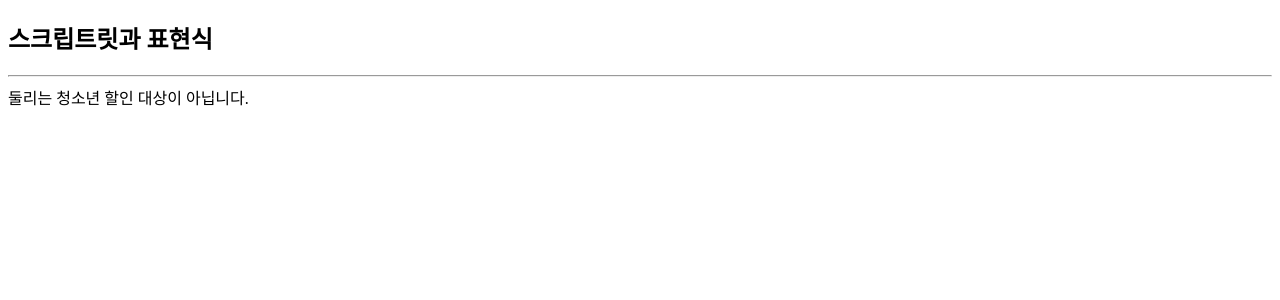
Repository: hyunh84/jsp_study
Page: http://localhost/Day02/j01_scriptlet.jsp
The author's editor kept a copy of each file at every save. The page is drawn from the files as they stood at one save, then again after a run of saves.
The browser window is 1280 px wide. The pictures show the whole page.
The page is served by Tomcat 9. Other server files are loaded and not shown.

Above is the page before, as saved 2015-09-06 00:43:28.

### MyWorks/Day02/WebContent/j01_scriptlet.jsp
<%@ page language="java" contentType="text/html; charset=EUC-KR"
    pageEncoding="EUC-KR"%>
<!DOCTYPE html>
<html>
<head>
<meta charset="EUC-KR">
<title>Insert title here</title>
</head>
<body>

	<h2>스크립트릿과 표현식</h2>
	<hr>

	<% //스크립트릿 영역
		String name = "둘리";
		int age = 20;

		if(age > 19) {
	%>

		<%= name %>는 청소년 할인 대상이 아닙니다.<br />

	<% //스크립트릿 영역
		}else{
	%>

		<%= name %>는 청소년 할인 대상입니다.

	<% //스크립트릿 영역
		}
	%>



</body>
</html>

After the next 4 saves:
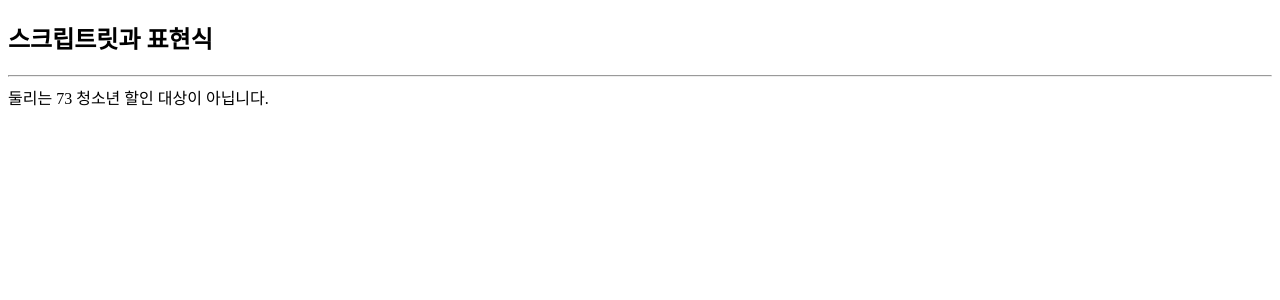
The 4 saves are shown as one change because 2 did not build or start and some came seconds apart.
The last was saved 2 min 50 s later.
--- a/MyWorks/Day02/WebContent/j01_scriptlet.jsp
+++ b/MyWorks/Day02/WebContent/j01_scriptlet.jsp
@@ -13,18 +13,18 @@
 
 	<% //스크립트릿 영역
 		String name = "둘리";
-		int age = 20;
+		int age = (int)(Math.random() * 100);
 
 		if(age > 19) {
 	%>
 
-		<%= name %>는 청소년 할인 대상이 아닙니다.<br />
+		<%= name %>는 <%= age %> 청소년 할인 대상이 아닙니다.<br />
 
 	<% //스크립트릿 영역
 		}else{
 	%>
 
-		<%= name %>는 청소년 할인 대상입니다.
+		<%= name %>는 <%= age %>청소년 할인 대상입니다.
 
 	<% //스크립트릿 영역
 		}
